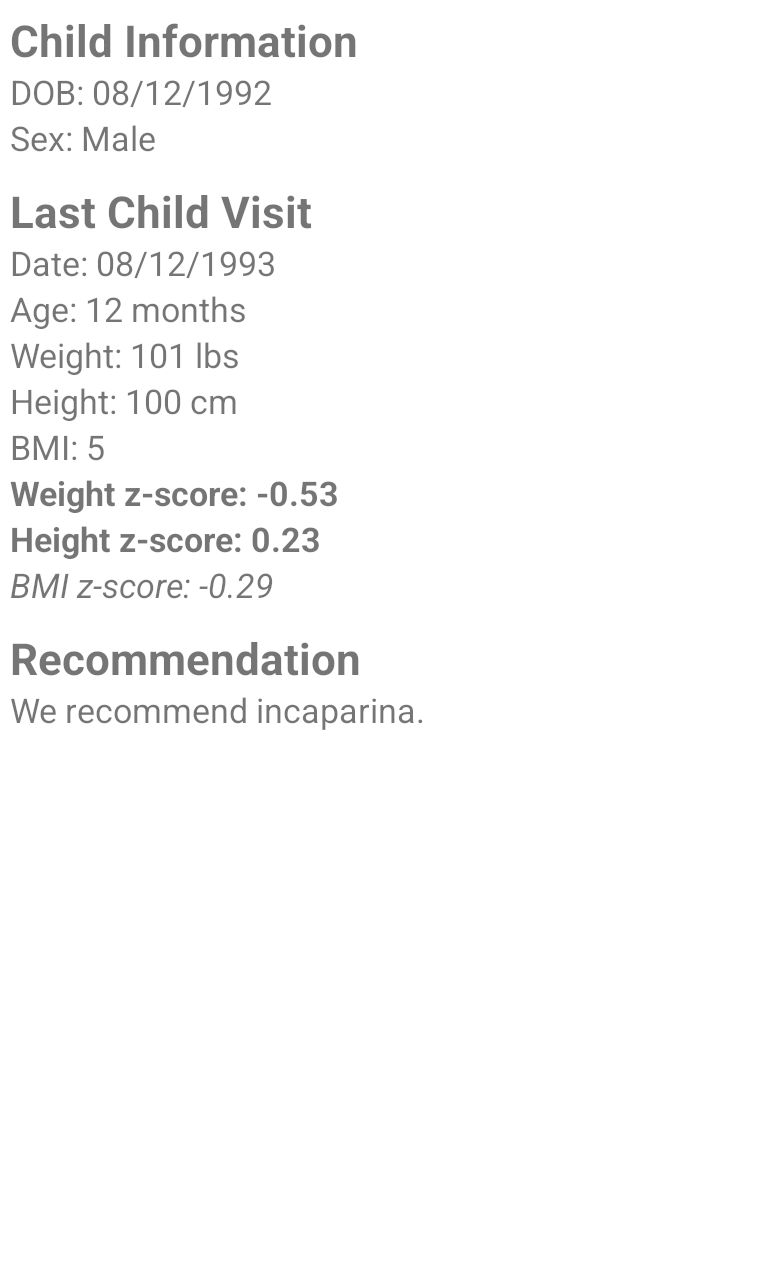
Repository: achavez812/GuatemalaProject2
Layout: GuateMedic-master/GuateMedic/res/layout/fragment_graph_left.xml
The author's editor kept a copy of each file at every save. The layout is drawn from the files as they stood at one save, then again after the next save.
It is drawn on a 768 x 1280 px phone screen (xhdpi) without system bars, with theme AppTheme; the app's code is not run.

Above is the layout before, as saved 2014-07-03 04:20:29.

After the next save:
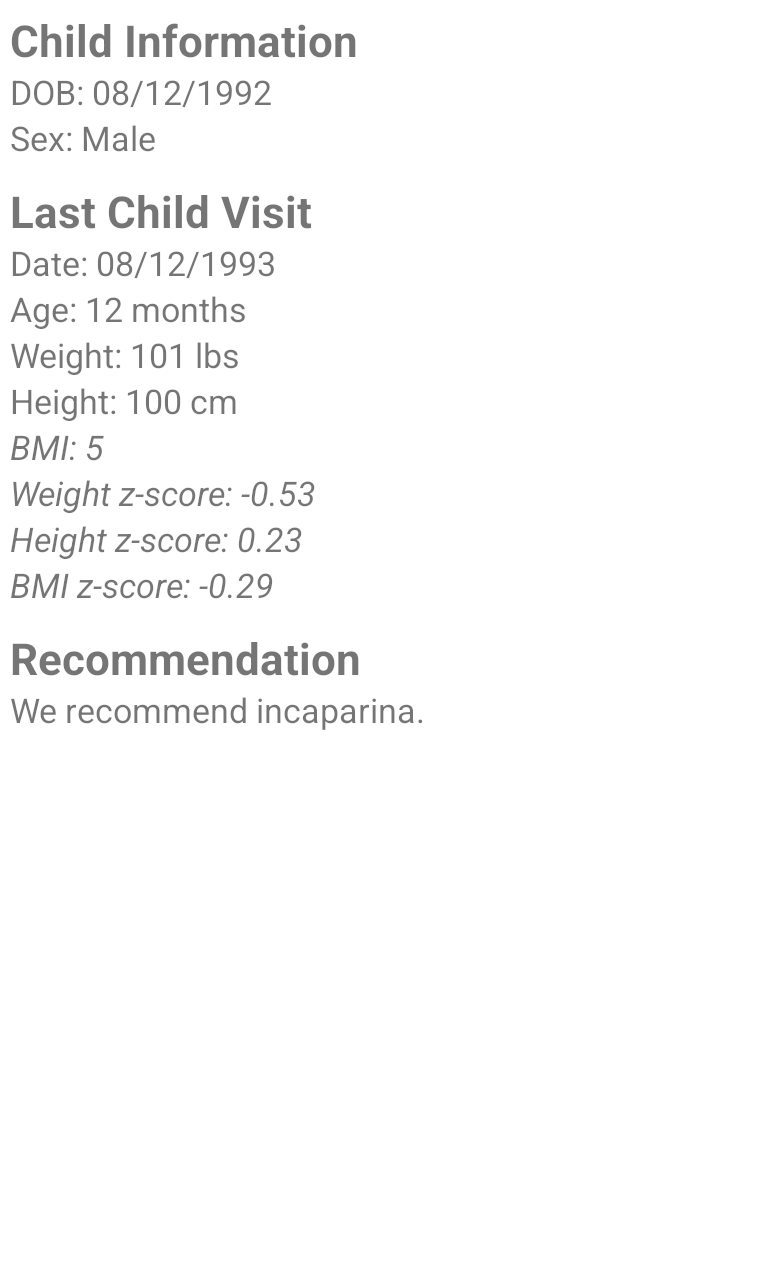
Saved 49 s later.
--- a/GuateMedic-master/GuateMedic/res/layout/fragment_graph_left.xml
+++ b/GuateMedic-master/GuateMedic/res/layout/fragment_graph_left.xml
@@ -78,6 +78,7 @@
         android:id="@+id/graph_last_child_visit_bmi"
         android:layout_width="wrap_content"
         android:layout_height="wrap_content"
+        android:textStyle="italic"
         android:textSize="17sp"
         android:text="BMI: 5"
         />
@@ -87,7 +88,7 @@
         android:layout_width="wrap_content"
         android:layout_height="wrap_content"
         android:textSize="17sp"
-        android:textStyle="bold"
+        android:textStyle="italic"
         android:text="Weight z-score: -0.53"
         />
 
@@ -96,7 +97,7 @@
         android:layout_width="wrap_content"
         android:layout_height="wrap_content"
         android:textSize="17sp"
-        android:textStyle="bold"
+        android:textStyle="italic"
         android:text="Height z-score: 0.23"
         />
 
@@ -110,7 +111,7 @@
         />
 
     <TextView
-        android:id="@+id/graph_child_reccomendation_header"
+        android:id="@+id/graph_child_recommendation_header"
         android:layout_width="wrap_content"
         android:layout_height="wrap_content"
         android:textSize="22sp"
